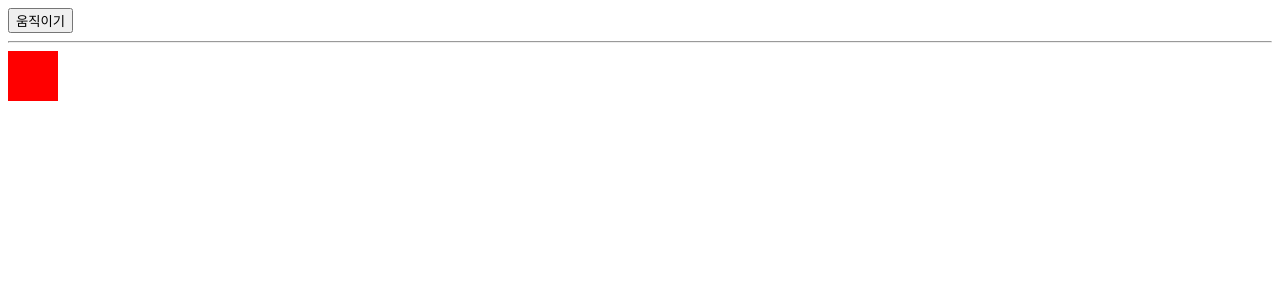
Repository: balsohn/adminshop
Page: http://localhost/jquery/0805/animate.jsp
These files come from the project's save history. The page is drawn as it stood at one moment and after the next save; the edit follows.
The browser window is 1280 px wide. The pictures show the whole page.
The page is served by Tomcat 9.

Above is the page before, as saved 2024-08-23 03:33:29.

### work/jquery/src/main/webapp/0805/animate.jsp
<%@ page language="java" contentType="text/html; charset=UTF-8"
    pageEncoding="UTF-8"%>
<!DOCTYPE html>
<html>
<head>
<meta charset="UTF-8">
<title>Insert title here</title>
<style>
	#aa {height: 50px; width: 50px; background: red;}
</style>
<script src="https://code.jquery.com/jquery-latest.js"></script>
<script>
	$(function() {
		$('#btn1').click(function() {
			$('#aa').animate( {
				left:"400px"
			},3000);
		})
	})
</script>
</head>
<body>
	<input type="button" id="btn1" value="움직이기">
	<hr>
	<div id="aa"></div>
</body>
</html>

After the next save:
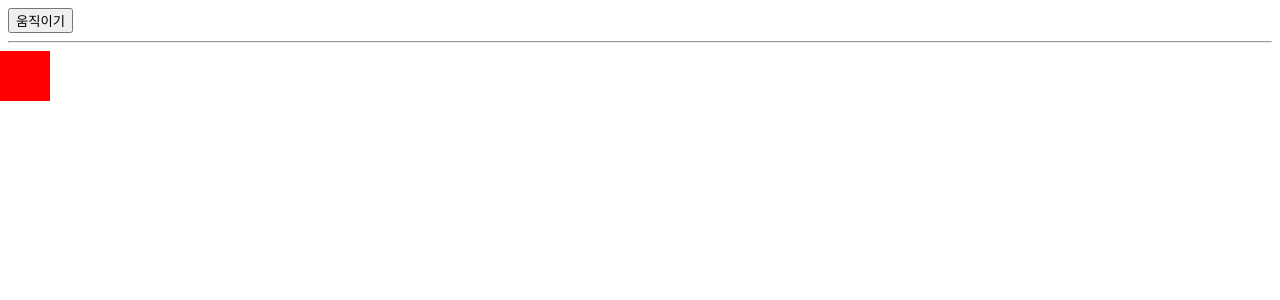
Saved 102 s later.
--- a/work/jquery/src/main/webapp/0805/animate.jsp
+++ b/work/jquery/src/main/webapp/0805/animate.jsp
@@ -6,17 +6,23 @@
 <meta charset="UTF-8">
 <title>Insert title here</title>
 <style>
-	#aa {height: 50px; width: 50px; background: red;}
+	#aa {
+        height: 50px;
+        width: 50px;
+        background: red;
+        position: absolute; /* position 속성을 추가합니다 */
+        left: 0px; /* 초기 위치를 설정합니다 */
+    }
 </style>
 <script src="https://code.jquery.com/jquery-latest.js"></script>
 <script>
 	$(function() {
 		$('#btn1').click(function() {
-			$('#aa').animate( {
-				left:"400px"
-			},3000);
-		})
-	})
+			$('#aa').animate({
+				left: "400px"
+			}, 3000);
+		});
+	});
 </script>
 </head>
 <body>

After the save that followed:
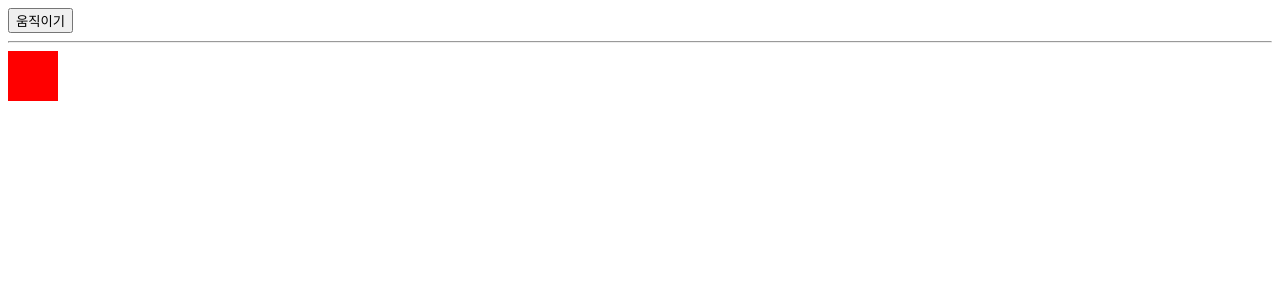
Saved 15 s later.
--- a/work/jquery/src/main/webapp/0805/animate.jsp
+++ b/work/jquery/src/main/webapp/0805/animate.jsp
@@ -11,7 +11,7 @@
         width: 50px;
         background: red;
         position: absolute; /* position 속성을 추가합니다 */
-        left: 0px; /* 초기 위치를 설정합니다 */
+
     }
 </style>
 <script src="https://code.jquery.com/jquery-latest.js"></script>
